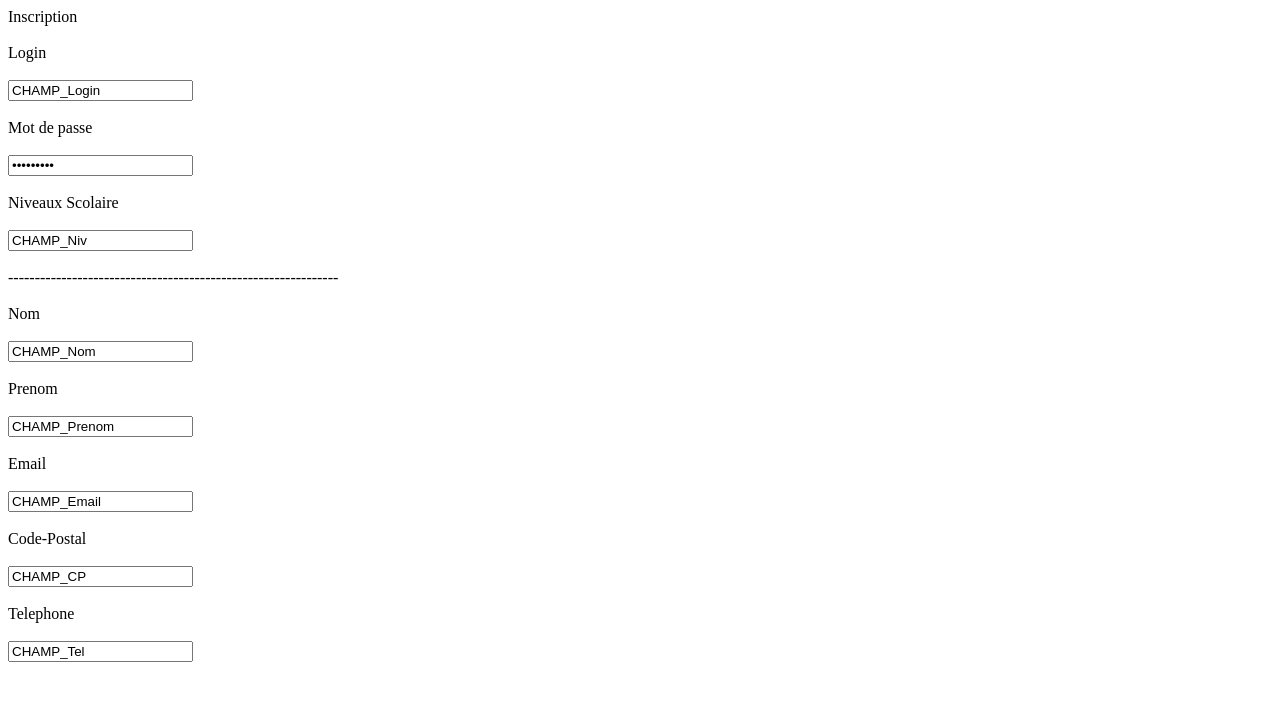
Repository: AntoAnt/WikiScolaire-
Page: http://localhost/InterfaceWikiScolair/Inscription.jsp
These files come from the project's save history. The page is drawn as it stood at one moment and after the next save; the edit follows.
The browser window is 1280 px wide. The pictures show the whole page.
The page is served by Tomcat 9. Other server files are loaded and not shown.

Above is the page before, as saved 2017-04-18 15:06:22.

### InterfaceWikiScolair/WebContent/Inscription.jsp
<%@ page language="java" contentType="text/html; charset=ISO-8859-1"
    pageEncoding="ISO-8859-1"%>
<!DOCTYPE html PUBLIC "-//W3C//DTD HTML 4.01 Transitional//EN" "http://www.w3.org/TR/html4/loose.dtd">
<html>
<head>
<meta http-equiv="Content-Type" content="text/html; charset=ISO-8859-1">
<title>Inscription</title>
</head>
<body>
Inscription<br></br>
Login<br></br>
<input type="text" value="CHAMP_Login" ><br></br>
Mot de passe <br></br>
<input type="password" value="CHAMP_Mdp" ><br></br>
Niveaux Scolaire<br></br>
<input type="text" value="CHAMP_Niv" ><br></br>
--------------------------------------------------------------<br></br>
Nom<br></br>
<input type="text" value="CHAMP_Nom" ><br></br>
Prenom<br></br>
<input type="text" value="CHAMP_Prenom" ><br></br>
Email<br></br>
<input type="text" value="CHAMP_Email" ><br></br>
Code-Postal<br></br>
<input type="text" value="CHAMP_CP" ><br></br>
Telephone<br></br>
<input type="text" value="CHAMP_Tel" ><br></br>


</body>
</html>

After the next save:
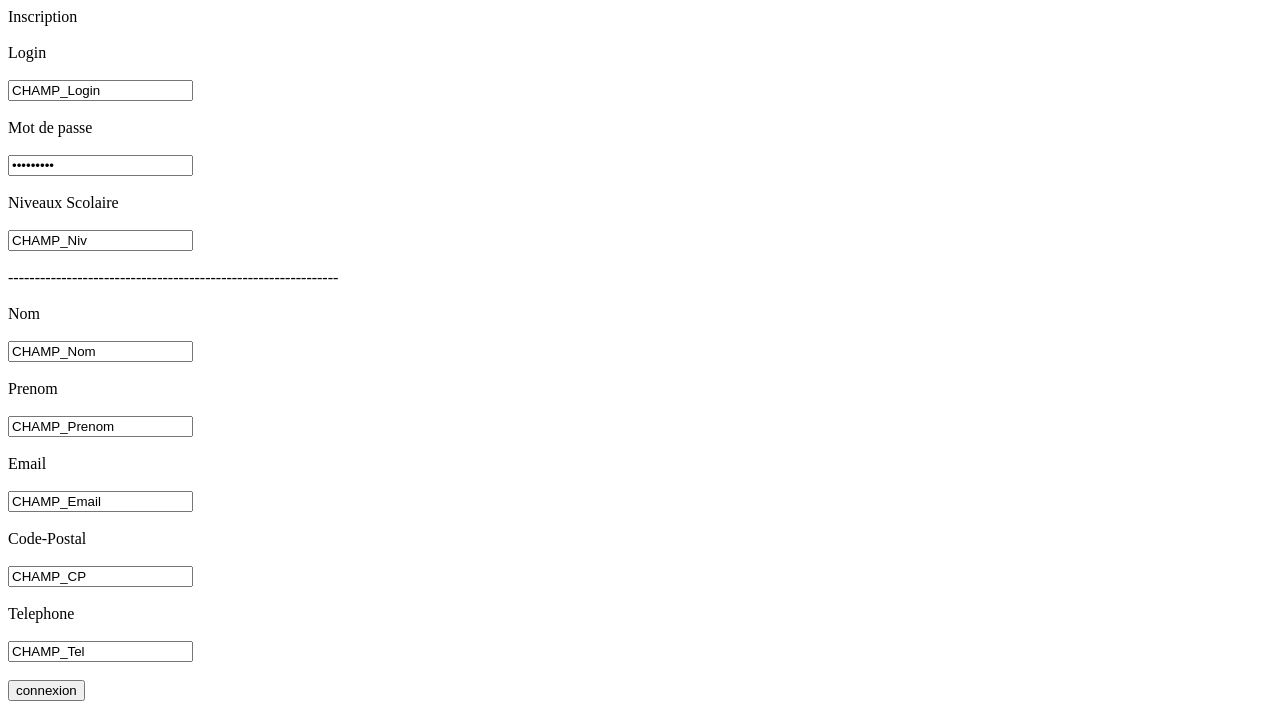
Saved 38 s later.
--- a/InterfaceWikiScolair/WebContent/Inscription.jsp
+++ b/InterfaceWikiScolair/WebContent/Inscription.jsp
@@ -25,6 +25,7 @@ Code-Postal<br></br>
 <input type="text" value="CHAMP_CP" ><br></br>
 Telephone<br></br>
 <input type="text" value="CHAMP_Tel" ><br></br>
+<input type="submit" name="bouton" value="connexion" />
 
 
 </body>
